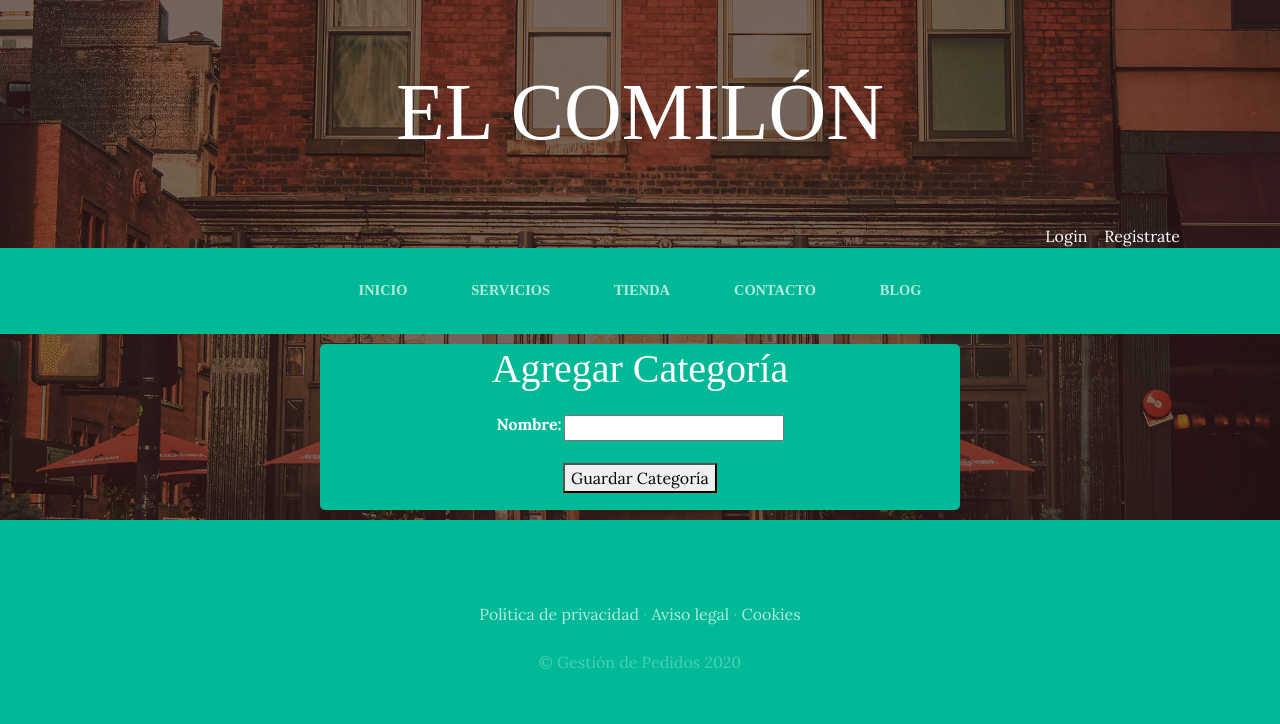
Repository: MatLarrea/Entrega_Elcomilon
Page: http://localhost/tienda/agregar_categoria/
These files come from the project's save history. The page is drawn as it stood at one moment and after the next save; the edit follows.
The browser window is 1280 px wide. The pictures show the whole page.
Backgrounds fixed to the window are drawn as part of the page. Some web fonts or font styles are not loaded; a fallback is used. The page is served by the project's application, run on Django 5.2 (manage.py). Other server files are loaded and not shown.

Above is the page before, as saved 2024-07-11 22:10:53.
Console error: TypeError: Cannot read properties of null (reading 'addEventListener')

### TiendaApp/templates/tienda/agregar_categoria.html
{% extends 'layouts/base.html'%}

{% load static %}


{% block content %}
<div class="formularioContacto" style="text-align: center;">
    <h1 style="color: white;">Agregar Categoría</h1>
    <form method="post">
        {% csrf_token %}
        <table style="margin:20px auto; color: white;">
        {{ form.as_table }}
        </table>
        <button type="submit" style="display: block; margin: 0 auto;">Guardar Categoría</button>
    </form>
</div>
{% endblock%}

### Carrito/context_processor.py
from django.contrib import messages

def importe_total_carro(request):

    total = 0

    if request.user.is_authenticated:
        for key, value in request.session["carrito"].items():
            total = total + float(value["precio"])
    else:
        total = "Error"
    return {"importe_total_carro":total}

### Tienda_OnlineApp/templates/layouts/base.html
<html>

<head>


    {% load static %}
    <!-- Bootstrap -->
    <link href="{% static 'Tienda_OnlineApp/vendor/bootstrap/css/bootstrap.min.css' %}" rel="stylesheet">

    <!-- Fonts -->

    <link href="https://fonts.googleapis.com/css2?family=Raleway:wght@300&display=swap" rel="stylesheet">
    <link href="https://fonts.googleapis.com/css?family=Lora:400,400i,700,700i" rel="stylesheet">


    <!-- Styles -->
    <link href="{% static 'Tienda_OnlineApp/css/gestion.css' %}" rel="stylesheet">
</head>

<body>

    <h1 class="site-heading text-center text-white d-none d-lg-block">

        <span class="site-heading-lower">El comilón</span>
    </h1>

    <div style="text-align: right; margin-right: 100px; color: white;">

        {% if user.is_authenticated %}
           Bienvenido {{user.username}} &nbsp;&nbsp; <a href="{% url 'cerrar_sesion'%}" style="color: white;"> Cerrar sesión</a>
        {% else %}
            <a href="{% url 'logear' %}" style="color: white;">Login</a> &nbsp;&nbsp; <a href="{% url 'registro'%}" style="color: white;">Registrate</a>
        {% endif %}
    </div>
    <!-- Navbar -->
    <nav class="navbar navbar-expand-lg navbar-dark py-lg-4" id="mainNav">
        <div class="container">
            <a class="navbar-brand text-uppercase text-expanded font-weight-bold d-lg-none" href="home.html">Gestión de Pedidos
            </a>
            <button class="navbar-toggler" type="button" data-toggle="collapse" data-target="#navbarResponsive"
                aria-controls="navbarResponsive" aria-expanded="false" aria-label="Toggle navigation">
                <span class="navbar-toggler-icon"></span>
            </button>
            <div class="collapse navbar-collapse" id="navbarResponsive">
                <ul class="navbar-nav mx-auto">
                    <li class="nav-item {% if request.path == '/' %}active{% endif %} px-lg-4">
                        <a class="nav-link text-uppercase text-expanded" href="{% url 'home' %}">Inicio</a>
                    </li>
                    <li class="nav-item {% if request.path == '/servicios/' %}active{% endif %} px-lg-4">
                        <a class="nav-link text-uppercase text-expanded" href="{% url 'servicios' %}">Servicios</a>
                    </li>
                    <li class="nav-item {% if request.path == '/tienda/' %}active{% endif %} px-lg-4">
                        <a class="nav-link text-uppercase text-expanded" href="{% url 'tienda' %}">Tienda</a>
                    </li>
                    <li class="nav-item {% if request.path == '/contacto/' %}active{% endif %} px-lg-4">
                        <a class="nav-link text-uppercase text-expanded" href="{% url 'contacto' %}">Contacto</a>
                    </li>
                    <li class="nav-item {% if request.path|slice:':6' == '/blog/' %}active{% endif %} px-lg-4">
                        <a class="nav-link text-uppercase text-expanded" href="{% url 'blog' %}">Blog</a>
                    </li>
                    {% if user.is_superuser %}
                        <li class="nav-item {% if request.path == '/agregar_categoria/' %}active{% endif %} px-lg-4">
                            <a class="nav-link text-uppercase text-expanded" href="{% url 'agregar_categoria' %}">Administracion Categorias</a>
                        </li>
                        <li class="nav-item {% if request.path == '/agregar_categoria/' %}active{% endif %} px-lg-4">
                            <a class="nav-link text-uppercase text-expanded" href="{% url 'agregar_categoria' %}">Administracion Productos</a>
                        </li>
                    {% endif %}
                </ul>
            </div>
        </div>
    </nav>

    <!-- Contenido de las paginas-->
    {% block content%}

    {% endblock %}

    <!-- Footer -->
    <footer class="footer text-faded text-center py-5">
        <div class="container">
            <p class="m-0">
                <a href="#" class="link">
                    <span class="fa-stack fa-lg">
                        <i class="fa fa-circle fa-stack-2x"></i>
                        <i class="fa fa-twitter fa-stack-1x fa-inverse"></i>
                    </span>
                </a>
                <a href="#" class="link">
                    <span class="fa-stack fa-lg">
                        <i class="fa fa-circle fa-stack-2x"></i>
                        <i class="fa fa-facebook fa-stack-1x fa-inverse"></i>
                    </span>
                </a>
                <a href="#" class="link">
                    <span class="fa-stack fa-lg">
                        <i class="fa fa-circle fa-stack-2x"></i>
                        <i class="fa fa-instagram fa-stack-1x fa-inverse"></i>
                    </span>
                </a>
            </p>
            <p class="m-0 mbt">
                <a href="sample.html" class="link">Política de privacidad</a> ·
                <a href="sample.html" class="link">Aviso legal</a> ·
                <a href="sample.html" class="link">Cookies</a>
            </p>
            <p class="m-0 mbt1">&copy; Gestión de Pedidos 2020</p>
        </div>
    </footer>

    <!-- Bootstrap -->
    <script src="{% static 'Tienda_OnlineApp/vendor/jquery/jquery.min.js' %}"></script>
    <script src="{% static 'Tienda_OnlineApp/vendor/bootstrap/js/bootstrap.bundle.min.js' %}"></script>
    <script src="{% static 'Tienda_OnlineApp/js/gestion.js' %}"></script>
</body>

</html>

### TiendaApp/forms.py
from django import forms
from .models import Categoria_producto

class CategoriaProductoForm(forms.ModelForm):
    class Meta:
        model = Categoria_producto
        fields = ['nombre']

### TiendaApp/models.py
from django.db import models

# Create your models here.
class Categoria_producto(models.Model):
    nombre = models.CharField(max_length=100, unique=True)
    created = models.DateTimeField(auto_now_add=True)
    updated = models.DateTimeField(auto_now_add=True)

    class Meta:
        verbose_name = "categoria_producto"
        verbose_name_plural = "categorias_producto"

    def __str__(self):
        return self.nombre

class Producto(models.Model):
    nombre = models.CharField(max_length=50)
    precio = models.FloatField()
    categorias =  models.ForeignKey(Categoria_producto, on_delete=models.CASCADE)
    imagen = models.ImageField(upload_to="tienda", null=True, blank=True)
    disponibilidad = models.BooleanField(default=True)
    created = models.DateTimeField(auto_now_add=True)
    updated = models.DateTimeField(auto_now_add=True)

    class Meta:
        verbose_name = "producto"
        verbose_name_plural = "productos"

    def __str__(self):
        return self.nombre

### TiendaApp/views.py
from django.shortcuts import render
from .models import Producto
from .forms import CategoriaProductoForm
from django.contrib import messages
from django.db import IntegrityError

# Create your views here.
def tienda(request):
    productos = Producto.objects.all()
    return render(request, "tienda/tienda.html", {"productos":productos})

def agregar_categoria(request):
    if request.method == 'POST':
        form = CategoriaProductoForm(request.POST)
        if form.is_valid():
            nombre_categoria = form.cleaned_data['nombre']
            try:
                form.save()
                messages.success(request, f'Categoría "{nombre_categoria}" agregada correctamente.')
                return render(request, 'tienda/agregar_categoria.html', {'form': CategoriaProductoForm()})
            except IntegrityError:
                messages.error(request, f'La categoría "{nombre_categoria}" ya existe.')
    else:
        form = CategoriaProductoForm()
    return render(request, 'tienda/agregar_categoria.html', {'form': form})

### Tienda_Online/urls.py
"""
URL configuration for Tienda_Online project.

The `urlpatterns` list routes URLs to views. For more information please see:
    https://docs.djangoproject.com/en/5.0/topics/http/urls/
Examples:
Function views
    1. Add an import:  from my_app import views
    2. Add a URL to urlpatterns:  path('', views.home, name='home')
Class-based views
    1. Add an import:  from other_app.views import Home
    2. Add a URL to urlpatterns:  path('', Home.as_view(), name='home')
Including another URLconf
    1. Import the include() function: from django.urls import include, path
    2. Add a URL to urlpatterns:  path('blog/', include('blog.urls'))
"""
from django.contrib import admin
from django.urls import path, include
from django.conf import settings
from django.conf.urls.static import static

urlpatterns = [
    path('admin/', admin.site.urls),
    path('', include("Tienda_OnlineApp.urls")),
    path('servicios/', include("ServiciosApp.urls")),
    path('blog/', include("BlogApp.urls")),
    path('contacto/', include("ContactoApp.urls")),
    path('tienda/', include("TiendaApp.urls")),
    path('carrito/', include("Carrito.urls")),
    path('auth/', include("AutentificacionApp.urls")),
]

urlpatterns += static(settings.MEDIA_URL, document_root = settings.MEDIA_ROOT)

### ServiciosApp/urls.py
from django.urls import path
from . import views

urlpatterns = [
    path('', views.servicios, name="servicios"),
]

### BlogApp/urls.py
from django.urls import path
from . import views

urlpatterns = [
    path('', views.blog, name="blog"),
    path('categoria/<categoria_id>/', views.categoria, name="categoria"),
]

### ContactoApp/urls.py
from django.urls import path
from . import views

urlpatterns = [
    path('', views.contacto, name="contacto"),
]

### TiendaApp/urls.py
from django.urls import path
from . import views
from .views import agregar_categoria


urlpatterns = [
    path('', views.tienda, name="tienda"),
    path('agregar_categoria/', views.agregar_categoria, name='agregar_categoria'),
]

### Carrito/urls.py
from django.urls import path
from . import views

app_name = "ctienda"

urlpatterns = [

    path("agregar/<int:producto_id>/", views.agregar_producto, name="agregar"),
    path("eliminar/<int:producto_id>/", views.eliminar_producto, name="eliminar"),
    path("restar/<int:producto_id>/", views.restar_producto, name="restar"),
    path("limpiar/", views.limpiar_carrito, name="limpiar"),
]

### AutentificacionApp/urls.py
from django.urls import path
from .views import VRegistro, cerrar_sesion, logear



urlpatterns = [
    path('', VRegistro.as_view() , name="registro"),
    path('cerrar_sesion', cerrar_sesion, name="cerrar_sesion"),
    path('login', logear, name="logear"),
]

### Tienda_OnlineApp/static/Tienda_OnlineApp/css/gestion.css
body {
  font-family: 'Lora';
  background: linear-gradient(rgba(47, 23, 15, 0.65), rgba(47, 23, 15, 0.65)), url("../img/bg_mainn.jpg");
  background-attachment: fixed;
  background-position: center;
  background-size: cover;
}

h1,
h2,
h3,
h4,
h5,
h6 {
  font-family: 'Raleway';
}

p {
  line-height: 1.75;
}

.text-faded {
  color: rgba(255, 255, 255, 0.3);
}

.site-heading {
  margin-top: 5rem;
  margin-bottom: 5rem;
  text-transform: uppercase;
  line-height: 1;
  font-family: 'Raleway';
}

.site-heading .site-heading-upper {
  display: block;
  font-size: 2rem;
  font-weight: 800;
}

.site-heading .site-heading-lower {
  font-size: 5rem;
  font-weight: 100;
  line-height: 4rem;
}

.page-section {
  margin-top: 5rem;
  margin-bottom: 5rem;
}

.section-heading {
  text-transform: uppercase;
}

.section-heading .section-heading-upper {
  display: block;
  font-size: 1rem;
  font-weight: 800;
  padding-bottom: .5rem;

}

.section-heading .section-heading-lower {
  display: block;
  font-size: 3rem;
  font-weight: 100;
}


.section-heading .section-heading-under {
  display: block;
  font-size: 1rem;
  text-transform: none;
  font-weight: 300;
  margin-top: .5rem;
}

.bg-faded {
  background-color: rgba(255, 255, 255, 0.85);
}

#mainNav {
  background-color: rgb(0, 185, 151);
  font-family: 'Raleway';
}

#mainNav .navbar-brand {
  color: #ffffff;
}

#mainNav .navbar-nav .nav-item .nav-link {
  color: rgba(255, 255, 255, 0.7);
  font-weight: 800;
}

#mainNav .navbar-nav .nav-item.active .nav-link {
  color: #ffffff;
  text-decoration: underline;
}

@media (min-width: 992px) {
  #mainNav .navbar-nav .nav-item .nav-link {
    font-size: 0.9rem;
  }

  #mainNav .navbar-nav .nav-item .nav-link:hover {
    color: rgba(255, 255, 255, 0.4);
    text-decoration: underline;
  }

  #mainNav .navbar-nav .nav-item.active .nav-link:hover {
    color: #ffffff;
    text-decoration: underline;
  }
}

.btn-xl {
  font-weight: 700;
  font-size: 0.8rem;
  padding-top: 1.5rem;
  padding-bottom: 1.5rem;
  padding-left: 2rem;
  padding-right: 2rem;
}

.intro {
  position: relative;
}

@media (min-width: 992px) {
  .intro .intro-img {
    width: 75%;
    float: left;
  }

  .intro .intro-text {
    left: 600;
    width: 60%;
    margin-top: 3rem;
    background-color: rgb(0, 185, 151);
    color: cornsilk;
    position: absolute;
  }

  .intro .intro-text .intro-button {
    width: 100%;
    left: 0;
    position: absolute;
    bottom: -2rem;
  }
}

@media (min-width: 1200px) {
  .intro .intro-text {
    width: 45%;
  }
}

.cta {
  padding-top: 5rem;
  padding-bottom: 5rem;
  background-color: rgb(242, 245, 240);
}

.cta .cta-inner {
  position: relative;
  padding: 3rem;
  margin: 0.5rem;
  background-color: rgb(0, 185, 151);
  color: cornsilk;
}

.cta .cta-inner:before {
  border-radius: 0.5rem;
  content: '';
  position: absolute;
  top: -0.5rem;
  bottom: -0.5rem;
  left: -0.5rem;
  right: -0.5rem;
  border: 0.25rem solid rgba(255, 255, 255, 0.85);
}

.cta .cta-innerv {
  position: relative;
  padding: 3rem;
  margin: 0.5rem;
  background-color: rgba(255, 255, 255, 0.85);
}

@media (min-width: 992px) {
  .about-heading .about-heading-img {
    position: relative;
    z-index: 0;
  }

  .about-heading .about-heading-content {
    margin-top: -5rem;
    position: relative;
    z-index: 1;
  }
}

@media (min-width: 992px) {
  .product-item .product-item-title {
    position: relative;
    z-index: 1;
    margin-bottom: -3rem;
  }

  .product-item .product-item-img {
    position: relative;
    z-index: 0;
    max-width: 60vw;
  }

  .product-item .product-item-description {
    position: relative;
    z-index: 1;
    margin-top: -3rem;
    max-width: 50vw;
  }
}



@media (min-width: 992px) {
  .list-hours {
    width: 50%;
    font-size: 1.1rem;
  }
}

.address strong {
  font-size: 1.2rem;
}

.footer {
  background-color: rgb(0, 185, 151);
}



.btn {
  box-shadow: 0px 3px 3px 0px rgba(33, 37, 41, 0.1);
}



.font-weight-light {
  font-weight: 100 !important;
}

.mbtm {
  padding-top: 5rem;
}

.mbt {
  padding-top: 2rem;
}

.mbt1 {
  padding-top: 1.25rem;
}

a.link {
  color: rgba(255, 255, 255, 0.7);
}

a.link:hover {
  text-decoration: none;
  color: rgba(255, 255, 255, 0.4);
}

.section-content {
  font-family: 'Lora' !important;
  font-size: 16px !important;
  font-weight: 400 !important;
  line-height: 28px !important;
}

ul.errorlist {
  padding-top: .75rem;
  font-style: italic;
  color: red;
}

.linksCategorias{
  color: white !important;
  text-decoration: underline;
}

.linksCategorias:hover{
  text-decoration: none;
}

.formularioContacto{
  background-color:  rgb(0, 185, 151);
  margin: auto;
  width: 50%;
  margin: 10px auto;
  border-radius: 5px;
  padding: 1px 0px;
}

/*Mapa api*/

#encuentranos p{
  text-align: center;
}

#map{
  border-radius: 5rem;
  border-style: ridge;
  border-width: 1rem;
  border-color:  rgb(0, 185, 151);
  height: 30rem;
  width: 80%;
  margin: auto;
}

.texto-mapa{
  color: black;
  font-size: 2rem;
}

.mapa{
  background-color: #fff;
  padding-bottom: 5rem;
}

.clima button{

  text-decoration: none;
  color: #fff;
  border-color: black;
  max-width: 20rem;
  height: 2rem;
}

#resultado{
  background-color:   rgb(0, 185, 151);
  color: black;
  max-width: 15rem;
}

#inicio{
  margin: 1% 1%;
}

### Tienda_OnlineApp/static/Tienda_OnlineApp/js/gestion.js
//Creacion de ubicacion localizacion local google map api
let map;
async function initMap() {
  let coord  = {lat:-33.012516 ,lng:-71.549197 };
  const { Map } = await google.maps.importLibrary("maps");
  map = new Map(document.getElementById("map"), {
    center: coord,
    zoom: 16,
  });
  var marker = new google.maps.Marker({
    position: coord,
    map: map
});
}
initMap();


//Obtencion datos API openweathermap
let key = 'b2158dabed90c6c3a9797b6e96405750';
let ciudad = document.getElementById('city');
let boton = document.getElementById('btn');
let resultado = document.getElementById('resultado');
let get_weather = () => {
  let city_name = ciudad.value;
    let url = `https://api.openweathermap.org/data/2.5/weather?q=${city_name}&appid=${key}&units=metric`
    fetch(url).then((resp) => resp.json()).then(data => {
      console.log("la temperatura es " +(data.main.temp)+'°');
      console.log(data.weather[0].description);
      console.log(data);
      resultado.innerHTML = `<h2>${data.name} | ${data.main.temp+'°'}</h2>`
    });
}
boton.addEventListener('click',get_weather);

Loaded but not shown: Tienda_OnlineApp/urls.py (common file)

After the next save:
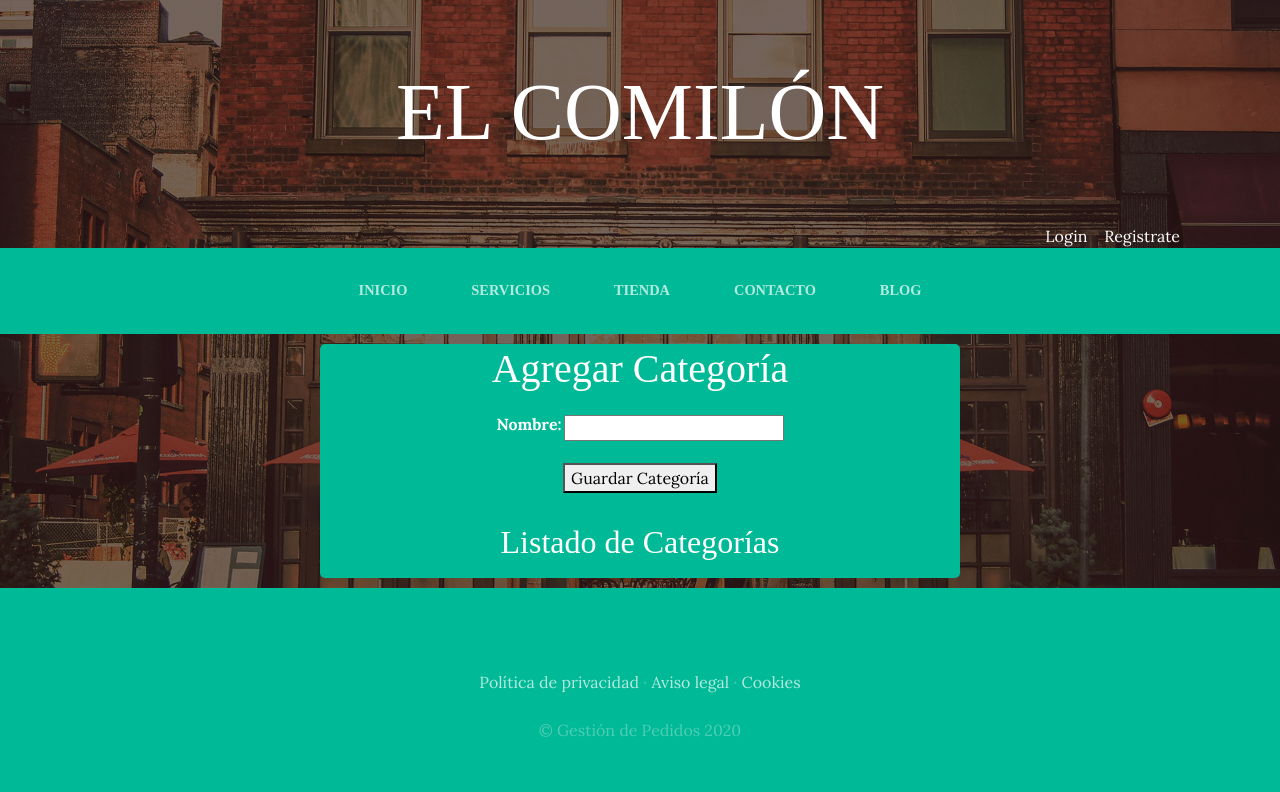
Saved 4 min 23 s later.
--- a/TiendaApp/templates/tienda/agregar_categoria.html
+++ b/TiendaApp/templates/tienda/agregar_categoria.html
@@ -13,5 +13,18 @@
         </table>
         <button type="submit" style="display: block; margin: 0 auto;">Guardar Categoría</button>
     </form>
+
+    <h2 style="color: white; margin-top: 30px;">Listado de Categorías</h2>
+    <ul style="list-style-type: none; padding: 0;">
+        {% for categoria in categorias %}
+        <li style="margin-bottom: 10px;">
+            {{ categoria.nombre }}
+            <form method="post" action="{% url 'borrar_categoria' categoria.id %}" style="display: inline;">
+                {% csrf_token %}
+                <button type="submit" style="margin-left: 10px;">Borrar</button>
+            </form>
+        </li>
+        {% endfor %}
+    </ul>
 </div>
 {% endblock%}
